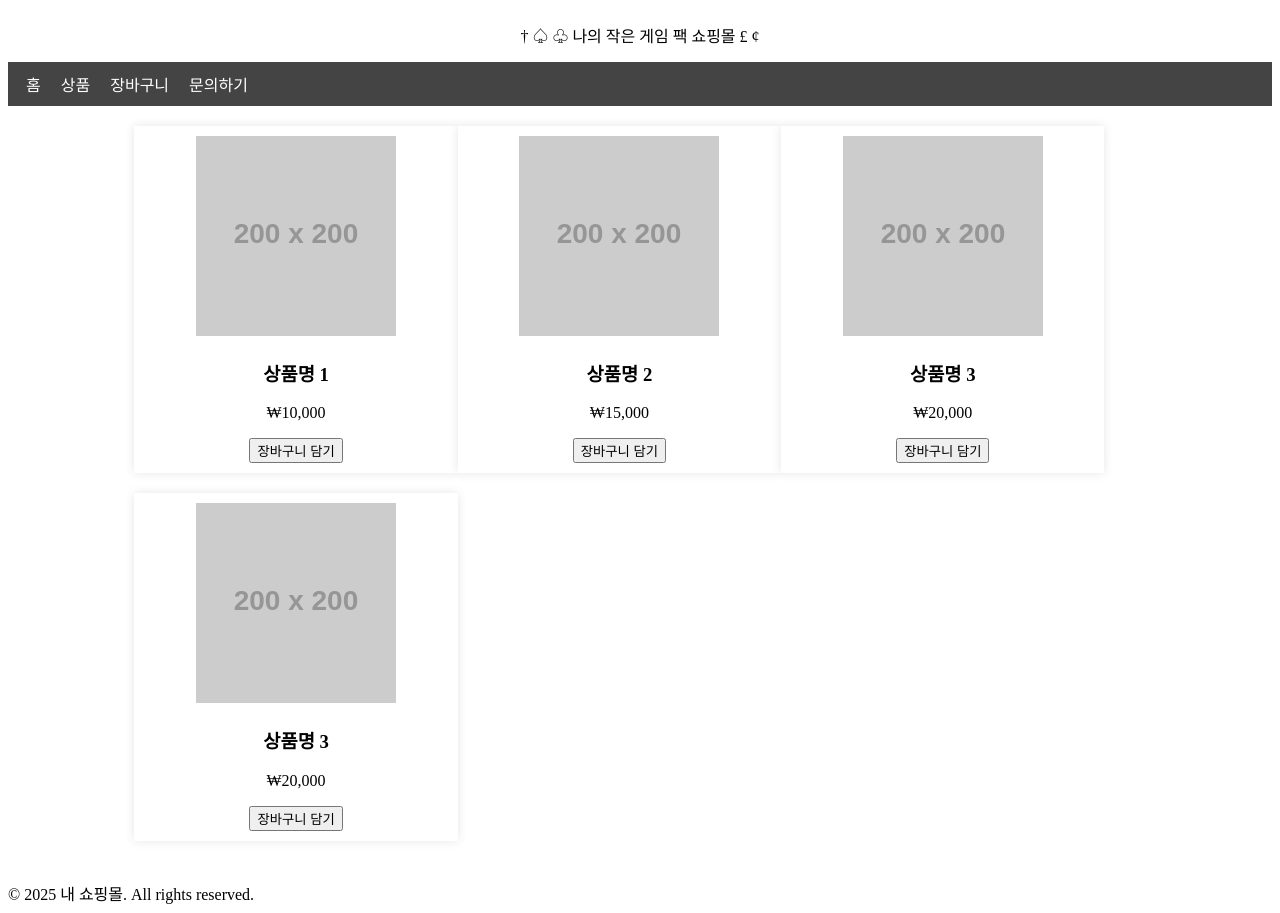
Repository: SeungYeon04/A_AssetsJSP
Page: http://localhost/JSP_Start01/
These files come from the project's save history. The page is drawn as it stood at one moment and after the next save; the edit follows.
The browser window is 1280 px wide. The pictures show the whole page.
Some web fonts or font styles are not loaded; a fallback is used. The page is served by Tomcat 9.

Above is the page before, as saved 2025-03-11 05:53:28.

### JSP_Start01/src/main/webapp/index.jsp
<%@ page language="java" contentType="text/html; charset=UTF-8"
    pageEncoding="UTF-8"%>
<!DOCTYPE html>
<html>
<head>
<meta charset="UTF-8">
<title>Insert title here</title>
</head>
<body>
	<header>† ♤ ♧  나의 작은 게임 팩 쇼핑몰 £ ¢</header>

    <nav>
        <a href="#">홈</a>
        <a href="#">상품</a>
        <a href="#">장바구니</a>
        <a href="#">문의하기</a>
    </nav>

    <div class="container">
        <div class="product">
            <img src="https://via.placeholder.com/200" alt="상품1">
            <h3>상품명 1</h3>
            <p>₩10,000</p>
            <button>장바구니 담기</button>
        </div>

        <div class="product">
            <img src="https://via.placeholder.com/200" alt="상품2">
            <h3>상품명 2</h3>
            <p>₩15,000</p>
            <button>장바구니 담기</button>
        </div>

        <div class="product">
            <img src="https://via.placeholder.com/200" alt="상품3">
            <h3>상품명 3</h3>
            <p>₩20,000</p>
            <button>장바구니 담기</button>
        </div>
        <div class="product">
            <img src="https://via.placeholder.com/200" alt="상품3">
            <h3>상품명 3</h3>
            <p>₩20,000</p>
            <button>장바구니 담기</button>
        </div>
    </div>

    <footer>© 2025 내 쇼핑몰. All rights reserved.</footer>
    <style>

    	body {
    		font-family: 'Ownglyph_ParkDaHyun';
    	}

    	header {
    		text-align: center;
    		padding: 15px 0;
    	}



	    @font-face {
		    font-family: 'Ownglyph_ParkDaHyun';
		    src: url('https://fastly.jsdelivr.net/gh/projectnoonnu/2411-3@1.0/Ownglyph_ParkDaHyun.woff2') format('woff2');
		    font-weight: normal;
		    font-style: normal;
		}

		nav {
			background-color: #444;
			padding: 10px;
			text-align: ceter;

			a {
				color: white;
            	text-decoration: none;
            	margin: 0 8px;
            	/*font-size: 18px;*/
			 }

			a:hover {
            	text-decoration: underline;
        	}
		}

		/* 메인콘텐츠 */
		.container {
			width: 80%;
			margin: 20px auto;
			display: flex;
			flex-wrap: wrap;
			jusify-content:	space-between;
		}

		.product {
			width: 30%;
			background: white;
			padding: 10px;
			box-shadow: 0 0 10px rgba(0, 0, 0, 0.1);
			margin-bottom: 20px;
			text-align: center;

		}

    </style>
</body>
</html>

After the next save:
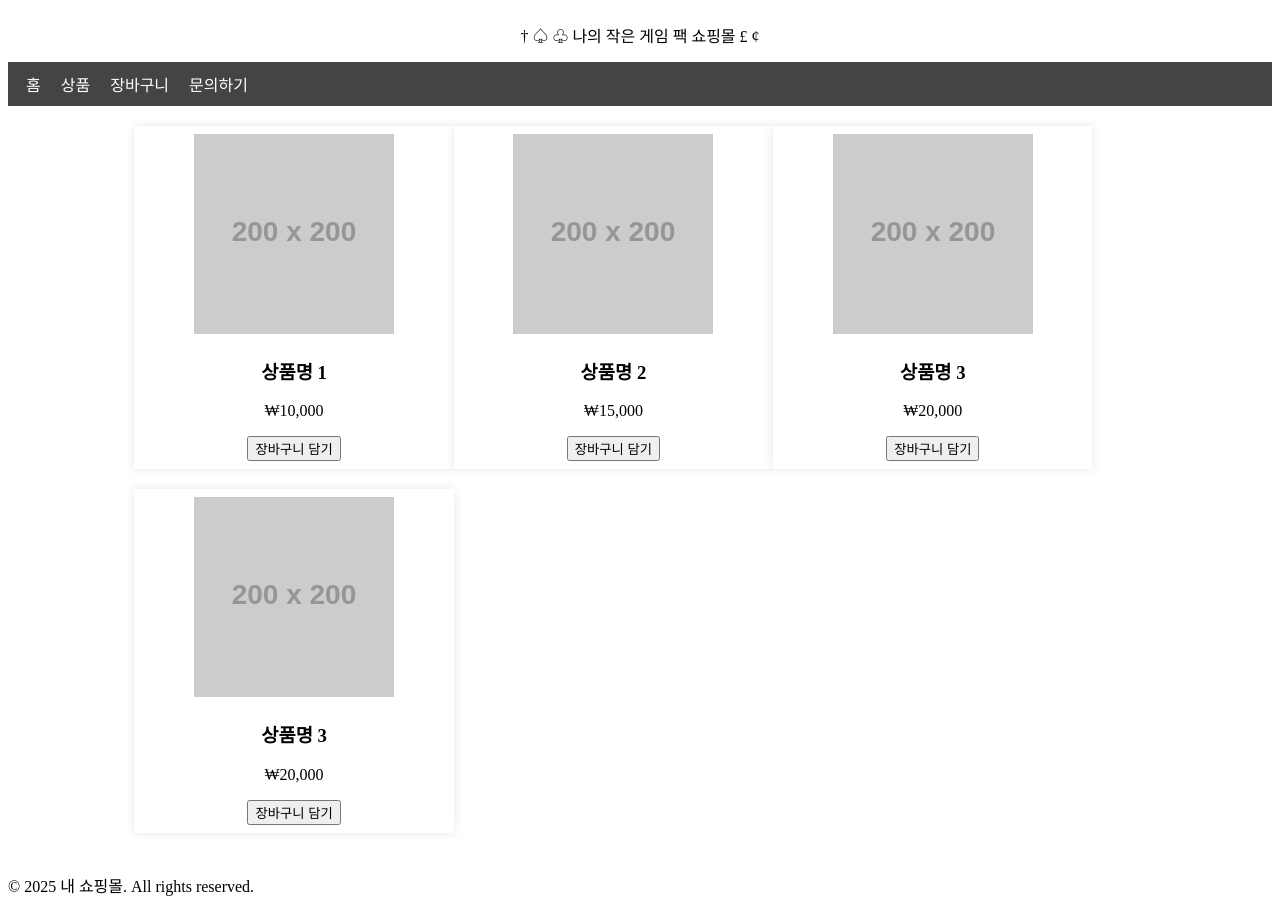
Saved 13 s later.
--- a/JSP_Start01/src/main/webapp/index.jsp
+++ b/JSP_Start01/src/main/webapp/index.jsp
@@ -95,7 +95,7 @@
 		.product {
 			width: 30%;
 			background: white;
-			padding: 10px;
+			padding: 8px;
 			box-shadow: 0 0 10px rgba(0, 0, 0, 0.1);
 			margin-bottom: 20px;
 			text-align: center;
